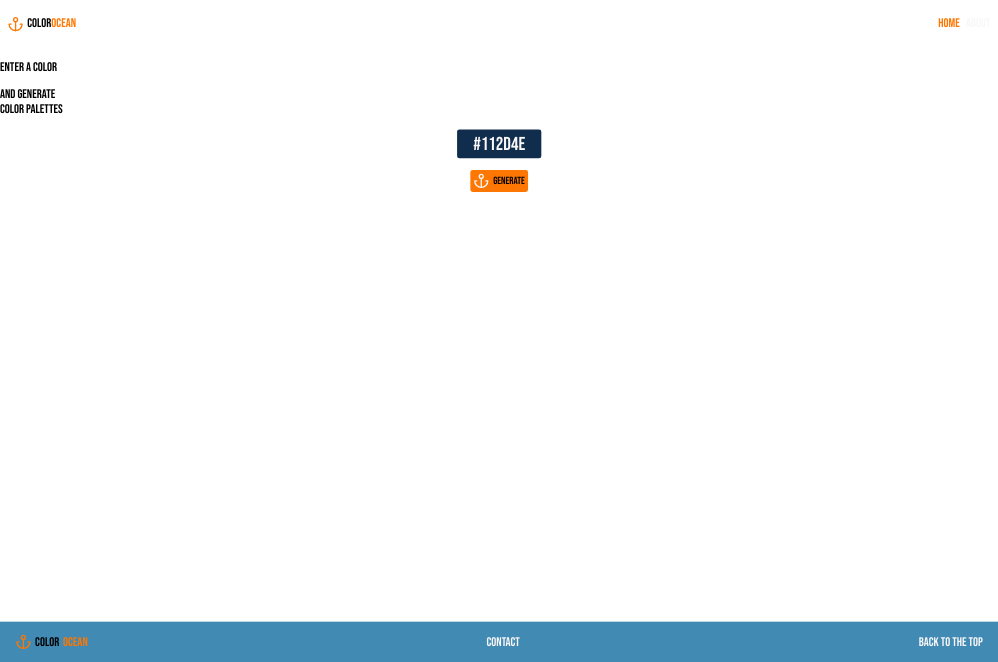
Repository: Ulvang01/WebTekProject
Page: src/index.html
These files come from the project's save history. The page is drawn as it stood at one moment and after the next save; the edit follows.
The browser window is 1280 px wide. The pictures show the whole page, at 78% of full size.

Above is the page before, as saved 2022-11-04 16:23:36.

### src/index.html
<!DOCTYPE html>
<html lang="en">
	<head>
		<meta charset="UTF-8" />
		<meta http-equiv="X-UA-Compatible" content="IE=edge" />
		<meta name="viewport" content="width=device-width, initial-scale=1.0" />
		<link rel="icon" href="https://fav.farm/⛵️" />
		<link rel="stylesheet" href="./css/style.css" />
		<link rel="stylesheet" href="./css/transitions.css" />
		<script src="./js/index.js" type="module" defer></script>
		<title>WebTek Project</title>
	</head>
	<body>
		<header>
			<nav>
				<div class="logo">
					<img src="./img/anchor.svg" alt="anchor" class="anchor" />
					<p>Color<span class="logo-text">Ocean</span></p>
				</div>
				<div class="nav-list">
					<a href="./index.html" class="inuse">Home</a>
					<a href="./about.html">About</a>
				</div>
			</nav>
		</header>
		<main>
			<section id="home">
				<div class="content">
					<div class="home-text">
						<p class="title">Enter a color</p>
						<p class="byline">and generate<br /><span>color palettes</span></p>
					</div>
					<div class="button-container">
						<input
							type="text"
							id="color-input"
							value="#112D4E"
							minlength="1"
							maxlength="7"
						/>
						<button id="submit-btn">
							<img class="anchor" src="./img/anchor-white.svg" alt="" />
							Generate
						</button>
					</div>
				</div>
				<img class="boat-gif" src="./img/boat.gif" alt="boat" />
			</section>

			<!-- <section id="color-section">
				<div class="color-container">
					<h1 class="palette-name">Palette 1</h1>
					<div class="color-box">
						<div class="color-frame">
							<div class="cf9f7f7 color"></div>
							<input type="text" value="#F9F7F7" readonly />
						</div>
						<div class="color-frame">
							<div class="cfd7702 color"></div>
							<input type="text" value="#FD7702" readonly />
						</div>
						<div class="color-frame">
							<div class="c65c6c4 color"></div>
							<input type="text" value="#65C6C4" readonly />
						</div>
						<div class="color-frame">
							<div class="c408ab4 color"></div>
							<input type="text" value="#408AB4" readonly />
						</div>
						<div class="color-frame">
							<div class="c34699a color"></div>
							<input type="text" value="#34699A" readonly />
						</div>
						<div class="color-frame">
							<div class="c112d4e color"></div>
							<input type="text" value="#112D4E" readonly />
						</div>
					</div>
				</div>
				<div class="color-container">
					<h1 class="theme-title">Palette 2</h1>
					<div class="color-box">
						<div class="color-frame">
							<div class="cf9f871 color"></div>
							<input type="text" value="#F9F871" readonly />
						</div>
						<div class="color-frame">
							<div class="cffc75f color"></div>
							<input type="text" value="#FFC75F" readonly />
						</div>
						<div class="color-frame">
							<div class="cff9671 color"></div>
							<input type="text" value="#FF9671" readonly />
						</div>
						<div class="color-frame">
							<div class="cff6f91 color"></div>
							<input type="text" value="#FF6F91" readonly />
						</div>
						<div class="color-frame">
							<div class="cd65db1 color"></div>
							<input type="text" value="#D65DB1" readonly />
						</div>
						<div class="color-frame">
							<div class="c845ec2 color"></div>
							<input type="text" value="#845EC2" readonly />
						</div>
					</div>
				</div>
			</section> -->
		</main>
		<footer>
			<p class="logo">
				<img src="./img/anchor.svg" alt="anchor" class="anchor" />
				Color<span class="logo-text">Ocean</span>
			</p>
			<a href="./contact.html">Contact</a>
			<a href="#home">Back to the top</a>
		</footer>
	</body>
</html>

### src/css/style.css
@import url("https://fonts.googleapis.com/css2?family=Bebas+Neue&display=swap");

* {
	font-family: 'Bebas Neue', cursive;
}

:root {
	--orange: #fd7702;
	--white: #f9f7f7;
	--blue-50: #65c6c4;
	--blue-100: #408ab4;
	--blue-150: #34699a;
	--blue-200: #112d4e;
	--text-black: #2e3440;
	--light: 80;
	--threshold: 60;
}

body,
html {
	margin: 0;
	padding: 0;
}

html {
	scroll-behavior: smooth;
}

body {
	height: 100%;
	width: 100%;
}

a {
	text-decoration: none;
	color: var(--white);
	text-transform: uppercase;
}

/* NAV BAR */

header {
	padding: 5px 0;
	height: min-content;
	width: 100%;
}

nav {
	padding: 0 10px;
	display: flex;
	justify-content: space-between;
	align-items: center;
}

.inuse {
	color: var(--orange);
}

.nav-list {
	display: flex;
	list-style: none;
	gap: 8px;
}


/* LOGO */

.anchor {
	height: 20px;
	width: 20px;
}

.logo-text {
	color: var(--orange);
}

.logo {
	display: flex;
	align-items: center;
	gap: 5px;
}

/* HOME PAGE */

main {
	width: 100%;
	height: 100%;
}

#home {
	height: 100vh;
}

.button-container {
	display: flex;
	flex-direction: column;
	align-items: center;
	gap: 15px;
}

#submit-btn {
	display: flex;
	align-items: center;
	gap: 5px;
	padding: 4px;
	background-color: var(--orange);
	border: none;
	outline: none;
	border-radius: 3px;
}

#submit-btn:hover {
	cursor: pointer;
}

input[type="text"] {
	outline: none;
}

#color-input {
	color: var(--white);
	background-color: var(--blue-200);
	border: none;
	border-radius: 3px;
	padding: 4px;
}

.boat-gif {
	display: none;
}

/*  COLOR SECTION */

#color-section {
	background-color: var(--white);
	width: 100%;
	display: flex;
	flex-direction: column;
	justify-content: center;
	align-items: center;
	height: min-content;
	padding-bottom: 10px;
}

.palette-name {
	color: var(--text-black);
	margin-bottom: 40px;
	font-size: 2rem;
}

.color-container {
	width: 80%;
	display: flex;
	flex-direction: column;
	justify-content: center;
	align-items: center;
	padding-bottom: 40px;
	border-bottom: 2px rgb(0 0 0 / 20%) solid;
	padding-top: 60px;
}

.color-container:last-child {
	border-bottom: none;
}

.color-box {
	display: flex;
	justify-content: center;
	align-items: center;
	width: 100%;
	gap: 10px;
}

.color-frame {
	width: content-min;
	display: flex;
	flex-direction: column;
	align-items: center;
	gap: 2px;
}

.color {
	height: 100px;
	width: 100px;
	border-radius: 10%;
	border: 1.5px solid rgb(0 0 0 / 30%);
}

input[type='text'] {
	text-align: center;
	border: none;
	width: 100px;
	padding: 2px;
	border-radius: 2%;
	background-color: var(--white);
	color: rgb(0 0 0 / 50%);
	font-size: 1.5rem;
}

/* COLORS */

.c112d4e {
	background-color: var(--blue-200);
}

.c34699a {
	background-color: var(--blue-150);
}

.c408ab4 {
	background-color: var(--blue-100);
}

.c65c6c4 {
	background-color: var(--blue-50);
}

.cfd7702 {
	background-color: var(--orange);
}

.cf9f7f7 {
	background-color: var(--white);
}

.cf9f871 {
	background-color: #f9f871;
}

.cffc75f {
	background-color: #ffc75f;
}

.cff9671 {
	background-color: #ff9671;
}

.cff6f91 {
	background-color: #ff6f91;
}

.cd65db1 {
	background-color: #d65db1;
}

.c845ec2 {
	background-color: #845ec2;
}

/* FOOTER */

footer {
	display: flex;
	justify-content: space-between;
	align-items: center;
	padding: 0 20px;
	background-color: var(--blue-100);
}

@media screen and (max-width: 768px) {
	* {
		color: var(--white);
	}

	body {
		background-color: var(--blue-100);
	}

	header {
		background-color: var(--blue-100);
		filter: drop-shadow(0 4px 4px rgb(0 0 0 / 25%));
		height: 75px;
		position: fixed;
		z-index: 100;
	}

	nav {
		position: relative;
		width: 90%;
		top: 70%;
		left: 50%;
		transform: translate(-50%, -50%);
		font-size: 1.5rem;
	}

	nav > .logo > .anchor {
		height: 20px;
		width: 20px;
	}

	#home {
		display: grid;
		grid-template-rows: 1fr 1fr;
		justify-items: center;
	}

	#home > .content {
		display: flex;
		flex-direction: column;
		justify-content: center;
		align-items: center;
	}

	.home-text {
		display: flex;
		flex-direction: column;
		align-items: center;
		text-align: center;
		margin-bottom: 42px;
		margin-top: 75px;
	}

	.home-text > .title {
		color: var(--orange);
		font-size: 3.5rem;
		margin-top: 3.5rem;
		margin-bottom: 0;
	}

	.home-text > .byline {
		font-size: 2.2rem;
		margin: 0;
	}

	.home-text > .byline > span {
		color: var(--blue-50);
	}

	#color-input {
		font-size: 1.5rem;
		padding: 10px 0;
		width: 140px;
		border-radius: 10px;
		filter: drop-shadow(0 4px 4px rgb(0 0 0 / 25%));
	}

	#submit-btn {
		background-color: var(--blue-50);
		width: 140px;
		filter: drop-shadow(0 4px 4px rgb(0 0 0 / 25%));
		font-size: 1.5rem;
		padding: 10px 0;
		border-radius: 10px;
		display: flex;
		justify-content: center;
	}

	#submit-btn > .anchor {
		height: 20px;
		width: 20px;
	}

	.color-box {
		flex-direction: column;
		gap: 6px;
	}

	.color-frame {
		flex-direction: row;
	}

	.color {
		width: 90px;
		height: 90px;
		margin-bottom: 0;
	}

	.boat-gif {
		display: block;
		width: 300px;
		height: 300px;
		margin: auto
	}

	footer {
		font-size: 1.125rem;
		display: flex;
		align-items: center;
	}

	footer > .logo > img {
		height: 18px;
		width: 18px;
	}


}

### src/css/transitions.css
main {
    animation: transition-in 750ms;

}

@keyframes transition-in {
    from {
        opacity: 0;
        transform: rotateX(-10deg);
    }

    to {
        opacity: 1;
        transform: rotateX(0);
    }
}

### src/js/index.js
import changeColor from './colorInputHandler.js';
import createComponents from './colorElementCreator.js';

document.getElementById('color-input').oninput = () => changeColor();

const colorPalletes = {
    "palette1": ["#F9F7F7", "#FD7702", "#65C6C4", "#408AB4", "#34699A", "#112D4E"],
    "palette2": ["#F9F871", "#FFC75F", "#FF9671", "#FF6F91", "#D65DB1", "#845EC2"]
};

document.getElementById('submit-btn').onclick = () => {
    createComponents(colorPalletes);
    document.getElementById('color-section').scrollIntoView();
}

### src/js/colorInputHandler.js
 const changeColor = () => {
	const colorInput = document.getElementById('color-input');
	const color = colorInput.value;
	const reg = /^#([0-9a-f]{3}){1,2}$/i;
	if (reg.test(color)) {
		colorInput.style.backgroundColor = color;
	}

	const bgColor = window
		.getComputedStyle(colorInput, null)
		.getPropertyValue('background-color')
		.split('(')[1]
		.split(')')[0]
		.split(',');
	const colorYIQ = Math.round(
		(bgColor[0] * 299 + bgColor[1] * 587 + bgColor[2] * 114) / 1000
	);

	const textColor = colorYIQ >= 100 ? '#2e3440' : '#f9f7f7';
	colorInput.style.color = textColor;
}

export default changeColor;

### src/js/colorElementCreator.js
const createComponents = (colorPalletes) => {
    const colorSection = document.createElement('section');
    colorSection.setAttribute('id', 'color-section');

    for (const [paletteName, colors] of Object.entries(colorPalletes)) {
        const colorContainer = document.createElement('div');
        colorContainer.setAttribute('class', 'color-container');
        const colorName = document.createElement('h1');
        colorName.setAttribute('class', 'palette-name');
        colorName.innerText = paletteName;
        colorContainer.appendChild(colorName);

        colors.forEach((color) => {
            const colorFrame = document.createElement('div');
            colorFrame.setAttribute('class', 'color-frame');
            const colorDiv = document.createElement('div');
            colorDiv.setAttribute('class', 'color');
            colorDiv.style.backgroundColor = color;
            colorFrame.appendChild(colorDiv);
            const colorCode = document.createElement('input');
            colorCode.setAttribute('type', 'text');
            colorCode.setAttribute('value', color);
            colorCode.readOnly = true;
            colorContainer.appendChild(colorFrame);
            colorContainer.appendChild(colorCode);
        });

        colorSection.appendChild(colorContainer);
    }

    document.getElementsByTagName('main')[0].appendChild(colorSection);
};

export default createComponents;

After the next save:
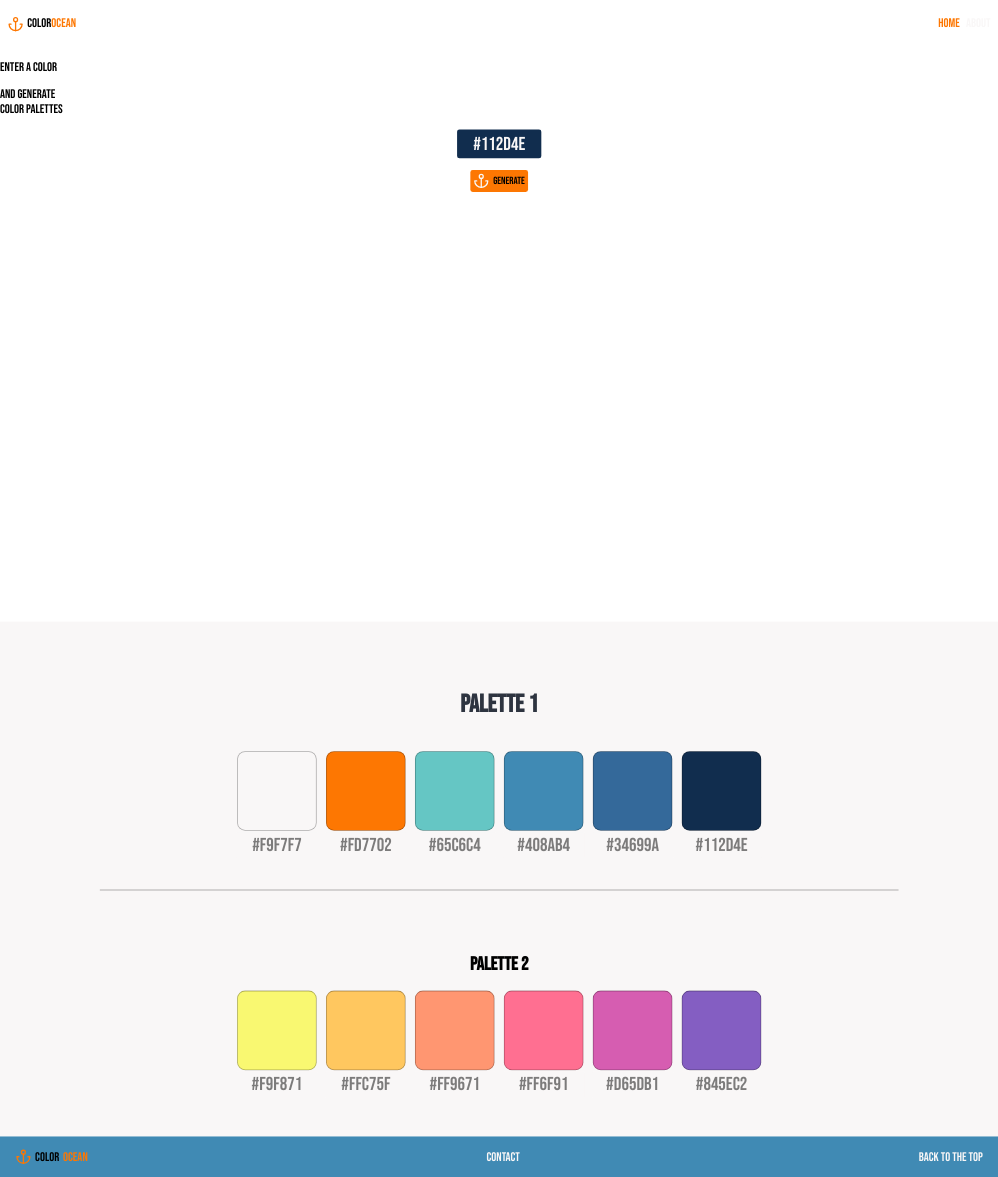
Saved 12 s later.
--- a/src/index.html
+++ b/src/index.html
@@ -47,7 +47,7 @@
 				<img class="boat-gif" src="./img/boat.gif" alt="boat" />
 			</section>
 
-			<!-- <section id="color-section">
+			<section id="color-section">
 				<div class="color-container">
 					<h1 class="palette-name">Palette 1</h1>
 					<div class="color-box">
@@ -106,7 +106,7 @@
 						</div>
 					</div>
 				</div>
-			</section> -->
+			</section>
 		</main>
 		<footer>
 			<p class="logo">
